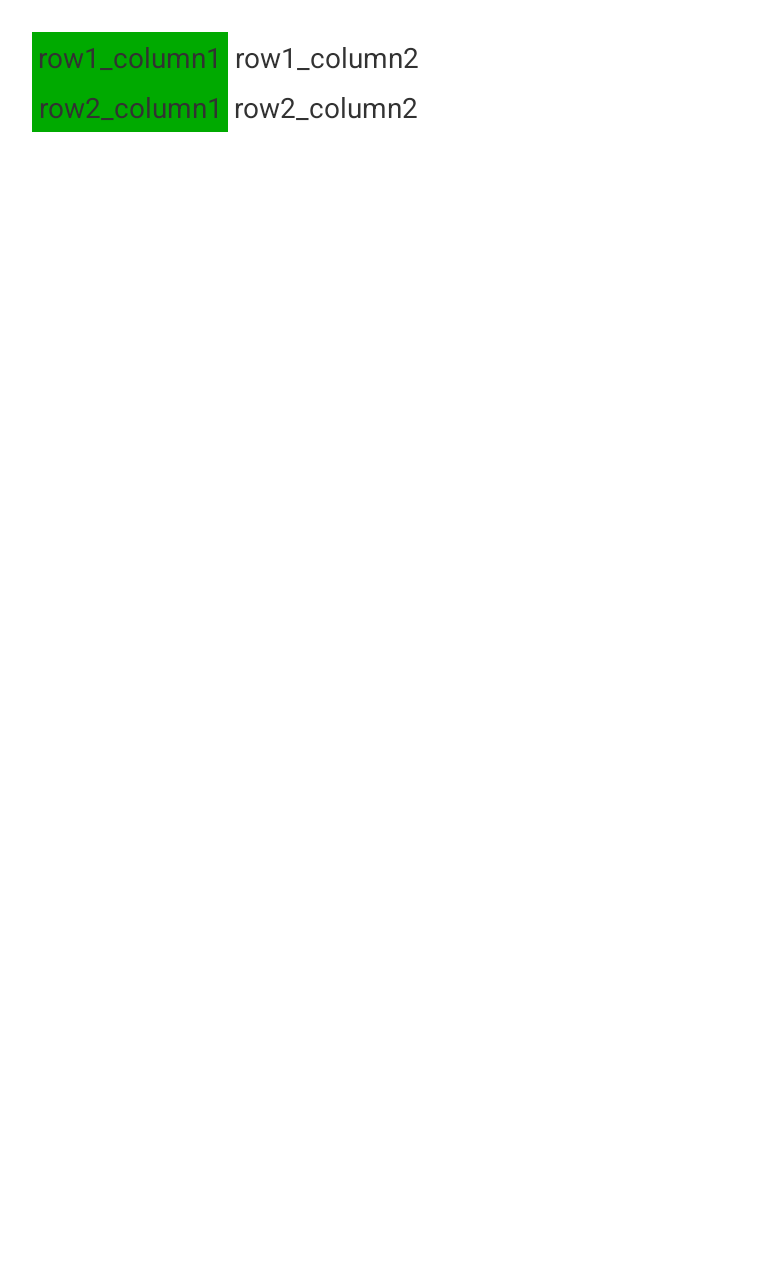
Repository: HouJun11220033/Android
Layout: Layout_02/res/layout/main.xml
An editor plug-in stored every save of this project. The layout is shown before and after the next save, followed by the edit.
It is drawn on a 768 x 1280 px phone screen (xhdpi) without system bars, with theme AppTheme; the app's code is not run.

Above is the layout before, as saved 2016-09-15 13:20:57.

### Layout_02/res/layout/main.xml
<TableLayout xmlns:android="http://schemas.android.com/apk/res/android"
    xmlns:tools="http://schemas.android.com/tools"
    android:layout_width="match_parent"
    android:layout_height="match_parent"
    android:paddingBottom="@dimen/activity_vertical_margin"
    android:paddingLeft="@dimen/activity_horizontal_margin"
    android:paddingRight="@dimen/activity_horizontal_margin"
    android:paddingTop="@dimen/activity_vertical_margin"
    tools:context="com.example.MainActivity" >

    <TableRow>

        <!-- <TextView -->
        <!-- android:layout_width="wrap_content" -->
        <!-- android:layout_height="wrap_content" -->
        <!-- android:text="@string/hello_world" /> -->

        <TextView
            android:background="#00aa00"
            android:gravity="center_vertical"
            android:padding="3dip"
            android:text="@string/row1_column1" />

        <TextView
            android:gravity="center_horizontal"
            android:padding="3dip"
            android:text="@string/row1_column2" />
    </TableRow>

    <TableRow>

        <TextView
            android:background="#00aa00"
            android:gravity="center_horizontal"
            android:padding="3dip"
            android:text="@string/row2_column1" />

        <TextView
            android:gravity="left"
            android:padding="3dip"
            android:text="@string/row2_column2" >
        </TextView>
    </TableRow>

</TableLayout>

### Layout_02/res/values/strings.xml
<?xml version="1.0" encoding="utf-8"?>
<resources>

    <string name="app_name">Layout_02</string>
    <string name="hello_world">Hello world!</string>
    <string name="action_settings">Settings</string>
    <string name="row1_column1">row1_column1</string>
    <string name="row1_column2">row1_column2</string>
    <string name="row2_column1">row2_column1</string>
    <string name="row2_column2">row2_column2</string>

</resources>

Loaded but not shown: Layout_02/res/values/styles.xml (common file); Layout_02/res/values-v11/styles.xml (common file); Layout_02/res/values-v14/styles.xml (common file); Layout_02/res/values/dimens.xml (common file); Layout_02/res/values-w820dp/dimens.xml (common file)

After the next save:
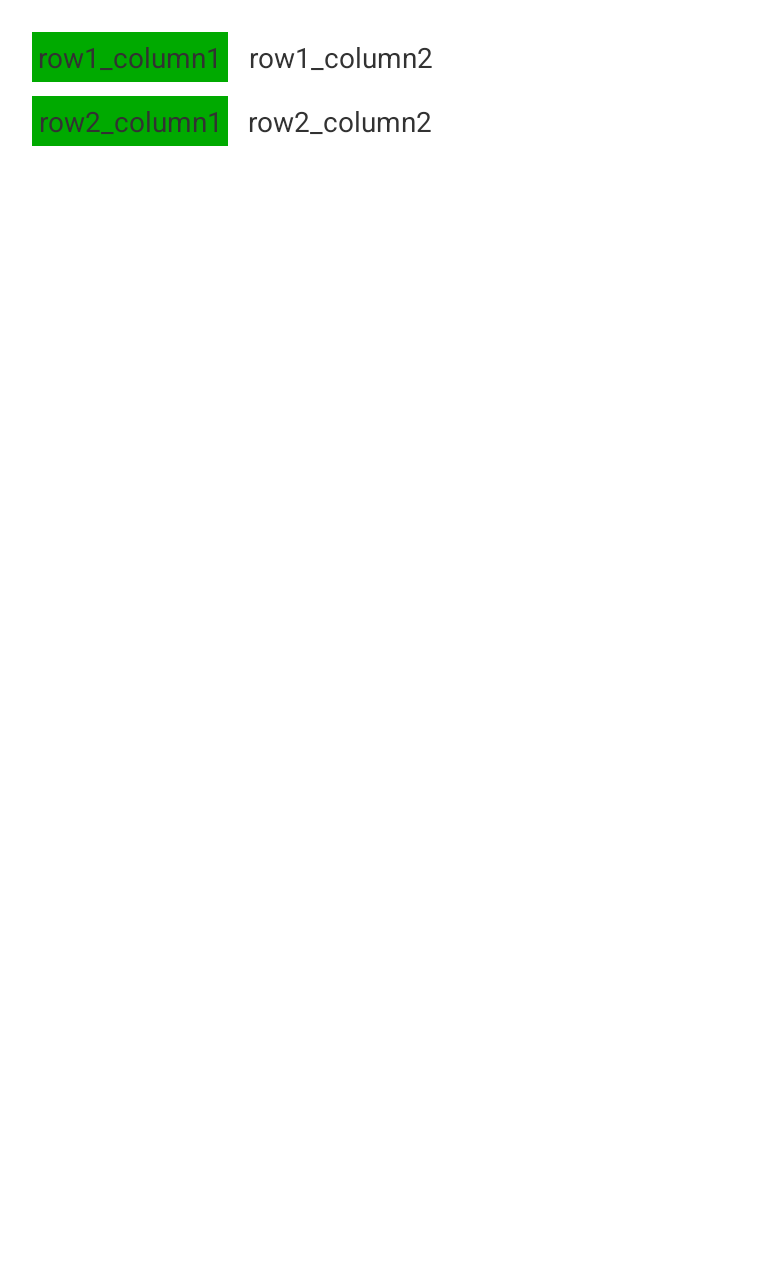
Saved 5 s later.
--- a/Layout_02/res/layout/main.xml
+++ b/Layout_02/res/layout/main.xml
@@ -37,7 +37,7 @@
 
         <TextView
             android:gravity="left"
-            android:padding="3dip"
+            android:padding="10dip"
             android:text="@string/row2_column2" >
         </TextView>
     </TableRow>
